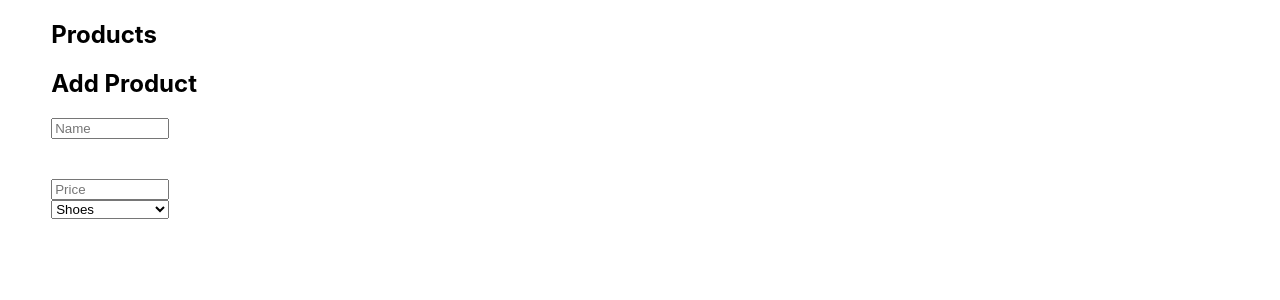
Repository: zcoderboy/redux-workout
Page: /
An editor plug-in stored every save of this project. The page is shown before and after the next save, followed by the edit.
The browser window is 1280 px wide. The pictures show the whole page.
The project was rebuilt for these pictures with package versions that can differ from the ones it lists, and the page was loaded fresh each time. Also part of the build but not shown: src/Product.js.

Above is the page before, as saved 2020-08-17 15:19:34.

### src/index.js
import React from 'react';
import ReactDOM from 'react-dom';
import './index.css';
import App from './App';
import * as serviceWorker from './serviceWorker';
import reducer from './reducers'
import {createStore} from 'redux'
import {Provider} from 'react-redux'

const store = createStore(reducer,window.__REDUX_DEVTOOLS_EXTENSION__ && window.__REDUX_DEVTOOLS_EXTENSION__())

ReactDOM.render(
  <Provider store={store}>
    <React.StrictMode>
      <App />
    </React.StrictMode>
  </Provider>,
  document.getElementById('root')
);

// If you want your app to work offline and load faster, you can change
// unregister() to register() below. Note this comes with some pitfalls.
// Learn more about service workers: https://bit.ly/CRA-PWA
serviceWorker.unregister();

### src/App.js
import React from 'react';
import './App.css';
import ProductListContainer from './containers/ProductListContainer';
import ProductAddContainer from './containers/ProductAddContainer';

function App() {
  return (
    <div className="App">
      <ProductListContainer/>
      <ProductAddContainer/>
    </div>
  );
}

export default App;

### src/reducers/index.js
import {combineReducers} from 'redux'
import cart from './CartReducer'
import products from './ProductReducer'
import categories from './CategoryReducer'

export default combineReducers({
  cart,
  products,
  categories
})

### src/App.css
.App {
  padding: 0 4vw;
}

.App-logo {
  height: 40vmin;
  pointer-events: none;
}

@media (prefers-reduced-motion: no-preference) {
  .App-logo {
    animation: App-logo-spin infinite 20s linear;
  }
}

.App-header {
  background-color: #282c34;
  min-height: 100vh;
  display: flex;
  flex-direction: column;
  align-items: center;
  justify-content: center;
  font-size: calc(10px + 2vmin);
  color: white;
}

.App-link {
  color: #61dafb;
}

@keyframes App-logo-spin {
  from {
    transform: rotate(0deg);
  }
  to {
    transform: rotate(360deg);
  }
}

### src/containers/ProductListContainer.js
import {connect} from 'react-redux'
import ProductList from '../ProductList'

const mapStateToProps = (state) => {
  return {
    products: Object.keys(state.products)
  }
}

export default connect(mapStateToProps,null)(ProductList)

### src/containers/ProductAddContainer.js
import {connect} from 'react-redux'
import ProductAdd from '../ProductAdd'

const mapStateToProps = (state) => {
  return {
    categories: Object.keys(state.categories)
  }
}

const mapDispatchToProps = (dispatch) => {
  return{
    addProduct: (product) => {
      product.id = Date.now()
      dispatch({
        type: 'ADD_PRODUCT',
        payload: product
      })
    }
  }
}

export default connect(mapStateToProps,mapDispatchToProps)(ProductAdd)

### src/reducers/CartReducer.js

const cart = (cart = [], action) => {
  return cart;
}

export default cart

### src/reducers/ProductReducer.js
import normalizedData from '../normalizedState'

const products = (products = normalizedData.entities.products, action) => {
  return products
}

export default products

### src/reducers/CategoryReducer.js
import normalizedData from '../normalizedState'

const categories = (categories = normalizedData.entities.categories, action) => {
  return categories
}

export default categories

### src/ProductList.js
import React from 'react'
import ProductContainer from './containers/ProductContainer'

const ProductList = ({products}) => {
  return (
    <div>
      <h2>Products</h2>
      {
        products.map(product => (
          <ProductContainer key={product} productId={product}/>
        ))
      }
    </div>
  )
}

export default ProductList

### src/ProductAdd.js
import React from 'react'

const ProductAdd = (props) => {
  return (
    <>
      <h2>Add Product</h2>
      <form onSubmit="" style={{
        display: "flex",
        flexDirection: "column",
        width: "10%"
      }}>
        <input type="text" name="name" placeholder="Name"></input><br/><br/>
        <input type="number" name="price" placeholder="Price"></input>
        <select name="category">
          <option value="test">Shoes</option>
        </select>
      </form>
    </>
  )
}

export default ProductAdd

### src/normalizedState.js
import {schema, normalize} from 'normalizr'
import defaultState from './products.json'

const category = new schema.Entity('categories')

const product = new schema.Entity('products', {
  category: category
})

const normalizedData = normalize(defaultState.products,[product])

export default normalizedData

### src/containers/ProductContainer.js
import { connect } from 'react-redux'
import Product from '../Product'

const mapStateToProps = (state,ownProps) =>{
  return{
    product: state.products[ownProps.productId]
  }
}

export default connect(mapStateToProps,null)(Product)

### src/products.json
{
  "products": [
    {
      "id": "3562143125784682734",
      "name": "Amiri Jeans",
      "price": "345 $",
      "category": {
        "id": "2135412642837212401",
        "name": "Pants"
      }
    },
    {
      "id": "5562143125784682734",
      "name": "Cactus Jack's Jordan 7",
      "price": "145 $",
      "category": {
        "id": "5135412642837212401",
        "name": "Shoes"
      }
    }
  ]
}

Loaded but not shown: public/index.html (common file); src/index.css (common file); src/serviceWorker.js (common file)

After the next save:
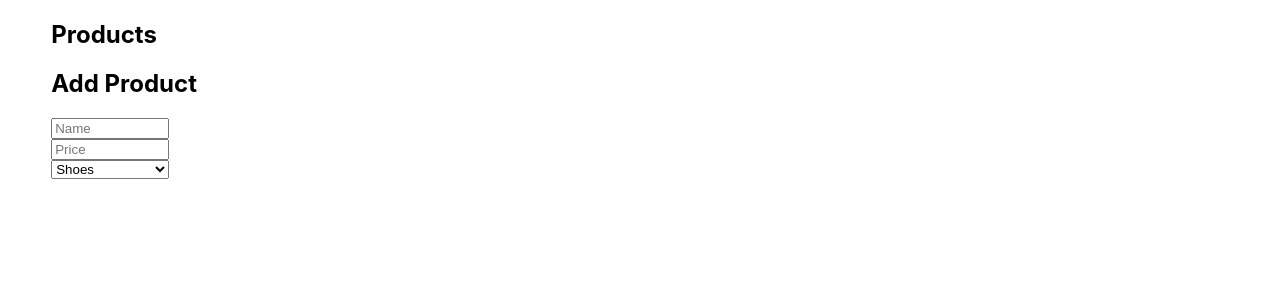
Saved 6 s later.
--- a/src/ProductAdd.js
+++ b/src/ProductAdd.js
@@ -9,7 +9,7 @@ const ProductAdd = (props) => {
         flexDirection: "column",
         width: "10%"
       }}>
-        <input type="text" name="name" placeholder="Name"></input><br/><br/>
+        <input type="text" name="name" placeholder="Name"></input>
         <input type="number" name="price" placeholder="Price"></input>
         <select name="category">
           <option value="test">Shoes</option>
